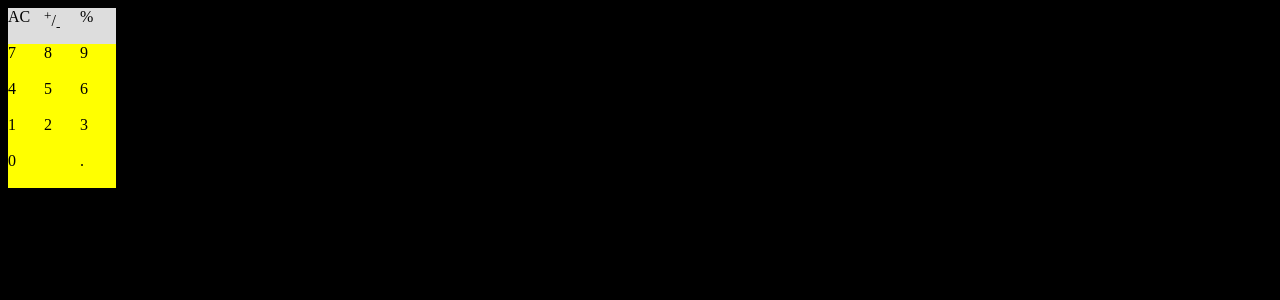
Repository: bombiux/calculadoraJS
Page: index.html
The author's editor kept a copy of each file at every save. The page is drawn from the files as they stood at one save, then again after the next save.
The browser window is 1280 px wide. The pictures show the whole page.

Above is the page before, as saved 2020-08-08 18:24:05.

After the next save:
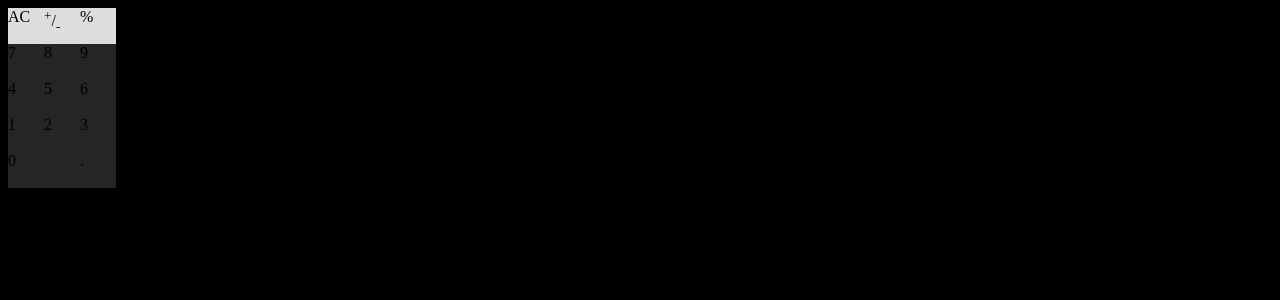
Saved 2 min 51 s later.
--- a/style.css
+++ b/style.css
@@ -25,5 +25,5 @@ body {
 }
 
 .numbers {
-    background-color: yellow
+    background-color: rgb(37, 37, 37)
 }
